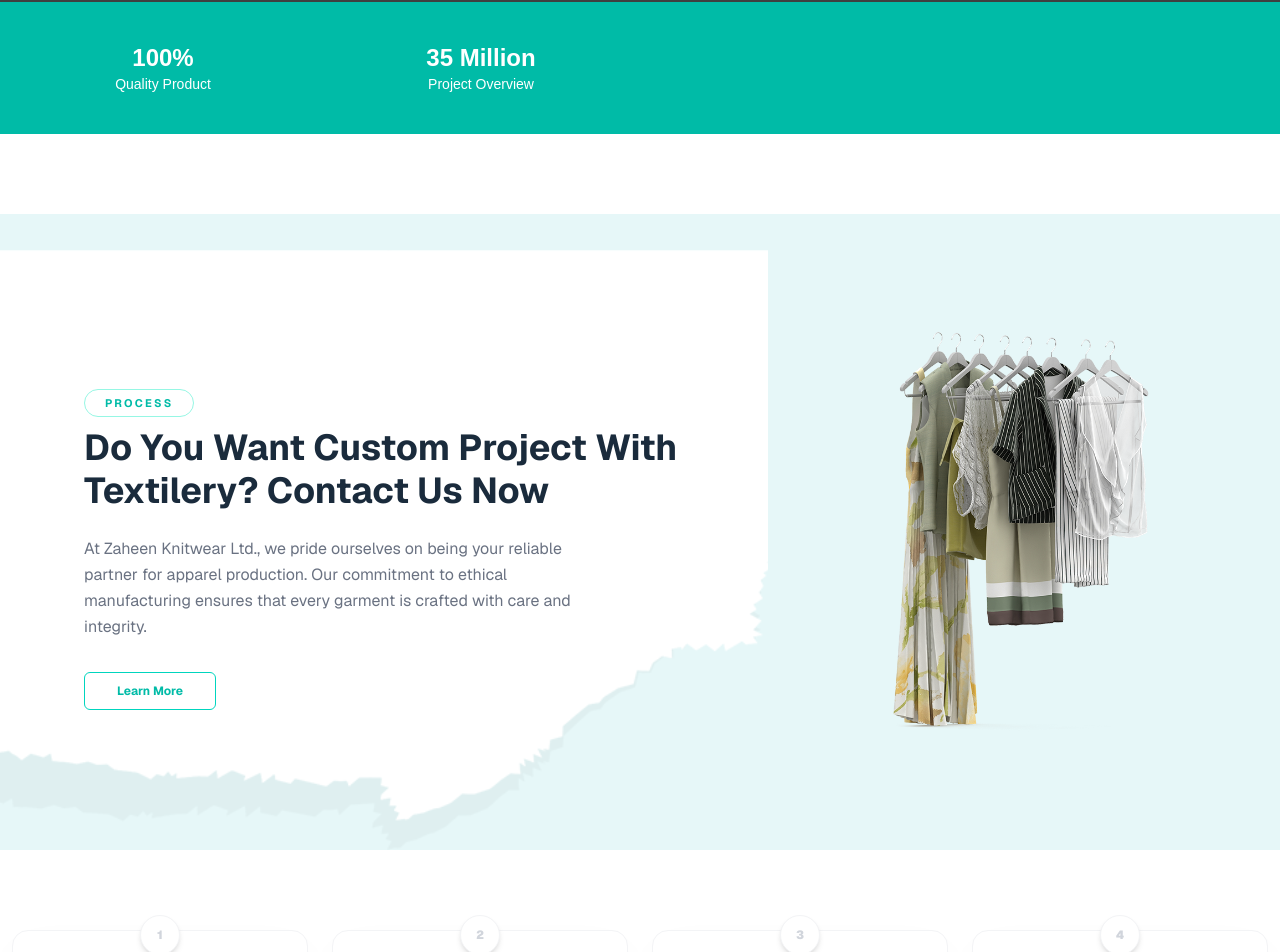
Repository: mdmuhibullahhabib/fullstack-assessment
Page: /
The author's editor kept a copy of each file at every save. The page is drawn from the files as they stood at one save, then again after the next save.
The browser window is 1280 px wide. The pictures show the part of the page from y = 576 to 1528 px (the page is 3181 px tall before and 3153 px after).
Pictures or frames that could not be fetched are drawn as grey boxes. The project was rebuilt for these pictures with package versions that can differ from the ones it lists, and the page was loaded fresh each time. The framework's server and built-in components were replaced by stand-ins that run in the browser. Also part of the build but not shown: next.config.mjs.

Above is the page before, as saved 2025-12-27 10:27:31.

### src/app/layout.js
import { Geist, Geist_Mono } from "next/font/google";
import "./globals.css";
import Navbar from "@/components/shared/Navbar";
import Footer from "@/components/shared/Footer";

const geistSans = Geist({
  variable: "--font-geist-sans",
  subsets: ["latin"],
});

const geistMono = Geist_Mono({
  variable: "--font-geist-mono",
  subsets: ["latin"],
});

export const metadata = {
  title: "Create Next App",
  description: "Generated by create next app",
};

export default function RootLayout({ children }) {
  return (
    <html lang="en">
      <body
        className={`${geistSans.variable} ${geistMono.variable} antialiased`}
      >
        <Navbar/>
        {children}
        <Footer/>
      </body>
    </html>
  );
}

### src/app/page.js
import Apparel from "@/components/home/Apparel";
import CustomProcess from "@/components/home/CustomProcess";
import Hero from "@/components/home/hero";
import Stats from "@/components/home/Stats";


export default function Home() {
  return (
    <>
      <Hero />
      <Stats />
      <CustomProcess />
      <Apparel />
    </>
  );
}

### src/components/shared/Navbar.jsx
"use client";

import Link from "next/link";
import { Menu, X, ShoppingCart, User } from "lucide-react";
import { useState } from "react";

export default function Navbar() {
  const [open, setOpen] = useState(false);

  return (
    <header className="w-full">
      {/* ===== Top Bar ===== */}
      <div className="bg-teal-500 text-white text-sm">
        <div className="max-w-7xl mx-auto flex justify-between items-center px-4 py-2">
          <p>📍 Kashimpur, Gazipur Sadar / Gazipur</p>
          <div className="flex items-center gap-4">
            <span>📞 +880 01713-027875</span>
            <div className="flex gap-2">
              <span>f</span>
              <span>x</span>
              <span>▶</span>
              <span>📷</span>
            </div>
          </div>
        </div>
      </div>

      {/* ===== Main Navbar ===== */}
      <div className="bg-white shadow">
        <div className="max-w-7xl mx-auto flex items-center justify-between px-4 py-4">

          {/* Logo */}
          <Link href="/" className="flex items-center gap-2">
            <div className="w-10 h-10 bg-green-500 rounded flex items-center justify-center text-white font-bold">
              Z
            </div>
            <span className="font-bold text-lg text-gray-800">
              Company
            </span>
          </Link>

          {/* Desktop Menu */}
          <nav className="hidden md:flex items-center gap-8 text-gray-700 font-medium">
            <Link href="/">Home</Link>
            <Link href="/about">About Us</Link>
            <Link href="/services">Our Services</Link>
            <Link href="/products">Our Products</Link>
            <Link href="/blogs">Blogs</Link>
          </nav>

          {/* Right Actions */}
          <div className="hidden md:flex items-center gap-4">
            <ShoppingCart className="cursor-pointer" />
            <div className="w-8 h-8 bg-red-500 rounded-full flex items-center justify-center text-white">
              M
            </div>
            <Link
              href="/contact"
              className="bg-orange-500 text-white px-4 py-2 rounded"
            >
              Contact Us
            </Link>
          </div>

          {/* Mobile Menu Button */}
          <button
            onClick={() => setOpen(!open)}
            className="md:hidden"
          >
            {open ? <X /> : <Menu />}
          </button>
        </div>

        {/* ===== Mobile Menu ===== */}
        {open && (
          <div className="md:hidden bg-white border-t">
            <nav className="flex flex-col gap-4 px-4 py-4 text-gray-700">
              <Link href="/">Home</Link>
              <Link href="/about">About Us</Link>
              <Link href="/services">Our Services</Link>
              <Link href="/products">Our Products</Link>
              <Link href="/blogs">Blogs</Link>

              <div className="flex items-center gap-4 pt-4">
                <ShoppingCart />
                <User />
                <Link
                  href="/contact"
                  className="bg-orange-500 text-white px-4 py-2 rounded"
                >
                  Contact Us
                </Link>
              </div>
            </nav>
          </div>
        )}
      </div>
    </header>
  );
}

### src/components/shared/Footer.jsx
import Image from "next/image";
import Link from "next/link";

export default function Footer() {
  return (
    <footer className="bg-[#f8f8f8] border-t">
      <div className="max-w-7xl mx-auto px-4 py-12">

        {/* ===== Top Section ===== */}
        <div className="grid grid-cols-1 md:grid-cols-4 gap-10">

          {/* Logo & Contact */}
          <div className="space-y-4">
            <div className="flex items-center gap-3">
              <Image src="/logo.png" alt="logo" width={48} height={48} />
              <Image src="/logo2.png" alt="logo2" width={48} height={48} />
            </div>

            <p className="text-sm text-gray-600 flex gap-2">
              📍 29 SE 2nd Ave, Miami, FL 33131, United States
            </p>
            <p className="text-sm text-gray-600">
              ✉ info@zaheen.com
            </p>
            <p className="text-sm font-semibold">
              📞 (+92) 3942 7879
            </p>
          </div>

          {/* Pages */}
          <div>
            <h4 className="font-semibold mb-4 uppercase text-sm">Pages</h4>
            <ul className="space-y-2 text-sm text-gray-600">
              <li><Link href="#">About Us</Link></li>
              <li><Link href="#">Our Services</Link></li>
              <li><Link href="#">Our Products</Link></li>
            </ul>
          </div>

          {/* Information */}
          <div>
            <h4 className="font-semibold mb-4 uppercase text-sm">Information</h4>
            <ul className="space-y-2 text-sm text-gray-600">
              <li><Link href="#">My Account</Link></li>
              <li><Link href="#">Corporate Enquiries</Link></li>
              <li><Link href="#">FAQs</Link></li>
            </ul>
          </div>
        </div>

        {/* ===== Payment Channels (SAME ROW STYLE) ===== */}
        <div className="mt-10">
          <h4 className="font-semibold text-sm mb-4">PAYMENT CHANNELS</h4>

          <div className="flex flex-wrap gap-3">
            {[
              "visa",
              "mastercard",
              "amex",
              "bKash",
              "nagad",
              "rocket",
              "upay",
              "tap",
              "citybank",
              "bracbank",
              "easternbank",
              "standardchartered",
            ].map((logo) => (
              <div
                key={logo}
                className="bg-white border rounded-md px-4 py-2 flex items-center justify-center"
              >
                <Image
                  src={`/payments/${logo}.png`}
                  alt={logo}
                  width={48}
                  height={28}
                  className="object-contain"
                />
              </div>
            ))}
          </div>
        </div>

        {/* ===== Bottom Bar ===== */}
        <div className="border-t mt-10 pt-6 flex flex-col md:flex-row justify-between items-center gap-4 text-sm text-gray-600">

          <p>
            Copyright ©{" "}
            <span className="text-orange-500 font-medium">
              360D Soul Limited
            </span>{" "}
            2025. All rights reserved.
          </p>

          <div className="flex gap-4 text-lg">
            <span>f</span>
            <span>x</span>
            <span>📷</span>
          </div>

          <div className="flex gap-4">
            <Link href="#">Terms & Condition</Link>
            <Link href="#">Privacy & Policy</Link>
            <Link href="#">Refund Policy</Link>
          </div>
        </div>

      </div>
    </footer>
  );
}

### src/components/home/Apparel.jsx
export default function Apparel() {
  const products = [
    {
      name: "Denim Jacket",
      price: "$10.00",
      img: "https://images.unsplash.com/photo-1520975916090-3105956dac38",
    },
    {
      name: "Hoodie",
      price: "$12.00",
      img: "https://images.unsplash.com/photo-1520974735194-6c9c0c13ed3d",
    },
    {
      name: "T-Shirt",
      price: "$8.00",
      img: "https://images.unsplash.com/photo-1583743814966-8936f5b7be1a",
    },
  ];

  return (
    <section className="bg-gray-50 py-16">
      <div className="max-w-7xl mx-auto px-4">
        <h2 className="text-2xl font-bold mb-8">Our Apparels</h2>

        <div className="grid sm:grid-cols-2 md:grid-cols-3 gap-6">
          {products.map((p, i) => (
            <div key={i} className="bg-white border rounded overflow-hidden">
              <img src={p.img} className="h-56 w-full object-cover" />
              <div className="p-4">
                <h3 className="font-semibold">{p.name}</h3>
                <p className="text-sm text-gray-600">{p.price}</p>
                <button className="mt-3 w-full bg-teal-500 text-white py-2 rounded">
                  Add to Cart
                </button>
              </div>
            </div>
          ))}
        </div>
      </div>
    </section>
  );
}

### src/components/home/CustomProcess.jsx
"use client"
import Image from "next/image";
import { Scissors, Pipette, Zap, Activity, Repeat, ClipboardCheck, Box } from "lucide-react";
import bgImage from "../../../public/home/ProcessImage-1.png";
import rightImage from "../../../public/home/ProcessImage-2.png";

export default function CustomProcess() {
    const steps = [
        { number: 1, title: "Dyeing", desc: "Adding color to biodegradable materials.", icon: <Pipette className="w-8 h-8 text-[#FF6B5B]" /> },
        { number: 2, title: "Cutting", desc: "Eco-friendly clothing items for all shapes and sizes.", icon: <Scissors className="w-8 h-8 text-[#FF6B5B]" /> },
        { number: 3, title: "Sewing", desc: "Vouching for the ultimate sturdiness and durability of the fabric.", icon: <Activity className="w-8 h-8 text-[#FF6B5B]" /> },
        { number: 4, title: "Snipping of thread", desc: "A neat edge, a soft and smooth finish.", icon: <Zap className="w-8 h-8 text-[#FF6B5B]" /> },
        { number: 5, title: "Ironing", desc: "Ironing it before shipping.", icon: <Repeat className="w-8 h-8 text-[#FF6B5B]" /> },
        { number: 6, title: "Checking", desc: "Going through each clothing piece to ensure supreme quality standards are met.", icon: <ClipboardCheck className="w-8 h-8 text-[#FF6B5B]" /> },
        { number: 7, title: "Package", desc: "Folding and packing with the utmost care.", icon: <Box className="w-8 h-8 text-[#FF6B5B]" /> },
    ];

    return (
        <section className="bg-white py-20  font-sans">
            <div className=" mx-auto">

                {/* ===== TOP SECTION ===== */}
                <div className="relative bg-[#E6F7F8] overflow-hidden flex flex-col md:flex-row items-stretch mb-20 min-h-[450px]">

                    {/* Left Content Box (White with bgImage and Torn Edge) */}
                    <div
                        className="relative w-full md:w-[60%] md:py-[140px] p-10 mt-9 md:pl-5 md:p-1 flex flex-col justify-center items-start "
                        style={{
                            backgroundImage: `url(${bgImage.src})`,
                            backgroundSize: "cover",
                            backgroundPosition: "center",
                        }}
                    >
                        <div
                        className="ml-16"
                        >
                            <div className="mb-3">
                                <span className="px-5 py-1.5 rounded-full border border-teal-200 text-teal-500 text-[11px] font-bold uppercase tracking-[0.2em]">
                                    Process
                                </span>
                            </div>

                            <h3 className="text-3xl md:text-4xl font-bold text-[#1a2b3c] leading-[1.2] mb-6">
                                Do You Want Custom Project With Textilery? Contact Us Now
                            </h3>

                            <p className="text-gray-500 text-sm md:text-base leading-relaxed max-w-lg mb-8">
                                At Zaheen Knitwear Ltd., we pride ourselves on being your reliable partner for
                                apparel production. Our commitment to ethical manufacturing ensures that
                                every garment is crafted with care and integrity.
                            </p>

                            <button className="border-[1.5px] border-teal-400 text-teal-500 px-8 py-2.5 rounded-md font-bold text-xs hover:bg-teal-500 hover:text-white transition-all">
                                Learn More
                            </button>
                        </div>
                    </div>

                    {/* Right Content (Image of hanging clothes) */}
                    <div className="w-full md:w-[40%] relative flex items-center justify-center py-10">
                        <div className="relative w-[85%] h-[400px]">
                            <Image
                                src={rightImage}
                                alt="Clothing Preview"
                                fill
                                className="object-contain"
                                priority
                            />
                        </div>
                    </div>
                </div>

                {/* ===== PROCESS STEPS GRID ===== */}
                <div className="flex flex-wrap justify-center gap-6">
                    {steps.map((step, index) => (
                        <div
                            key={step.number}
                            className={`
                relative bg-white p-8 pt-12 rounded-2xl shadow-[0_15px_40px_-15px_rgba(0,0,0,0.1)]
                border border-gray-100 flex flex-col items-start transition-all hover:-translate-y-2
                w-full sm:w-[calc(50%-1.5rem)] lg:w-[calc(25%-1.5rem)]
                ${index >= 4 ? 'lg:translate-y-2' : ''}
              `}
                        >
                            {/* Step Number Circle */}
                            <div className="absolute -top-4 left-1/2 -translate-x-1/2 w-10 h-10 bg-white border border-gray-100 shadow-md rounded-full flex items-center justify-center text-xs font-black text-gray-300">
                                {step.number}
                            </div>

                            <div className="mb-6 bg-orange-50 p-3 rounded-xl">
                                {step.icon}
                            </div>

                            <h3 className="text-xl font-bold text-slate-800 mb-3">
                                {step.title}
                            </h3>
                            <p className="text-[14px] text-gray-500 leading-relaxed">
                                {step.desc}
                            </p>
                        </div>
                    ))}
                </div>

            </div>
        </section>
    );
}

### src/components/home/hero.jsx
export default function Hero() {
  return (
    <section className="relative bg-black text-white">
      <img
        src="https://images.unsplash.com/photo-1520975916090-3105956dac38"
        className="absolute inset-0 w-full h-full object-cover opacity-40"
      />

      <div className="relative max-w-7xl mx-auto px-4 py-28 grid md:grid-cols-2 gap-10">
        <div>
          <p className="text-sm uppercase mb-3 text-teal-400">
            Textile & Garments
          </p>
          <h1 className="text-4xl md:text-5xl font-bold mb-5">
            High-Quality Garments. <br /> Ethically Made.
          </h1>
          <p className="text-gray-300 mb-6">
            We manufacture premium garments using ethical and sustainable
            practices.
          </p>

          <div className="flex gap-4">
            <button className="bg-orange-500 px-6 py-3 rounded">
              Explore
            </button>
            <button className="border px-6 py-3 rounded">
              Contact Us
            </button>
          </div>
        </div>
      </div>
    </section>
  );
}

### src/components/home/Stats.jsx
export default function Stats() {
  const stats = [
    { title: "Quality Product", value: "100%" },
    { title: "Project Overview", value: "35 Million" },
  ];

  return (
    <section className="bg-teal-500 text-white">
      <div className="max-w-7xl mx-auto px-4 py-10 grid grid-cols-2 md:grid-cols-4 gap-6 text-center">
        {stats.map((s, i) => (
          <div key={i}>
            <h3 className="text-2xl font-bold">{s.value}</h3>
            <p className="text-sm">{s.title}</p>
          </div>
        ))}
      </div>
    </section>
  );
}

Loaded but not shown: src/app/globals.css (common file)

After the next save:
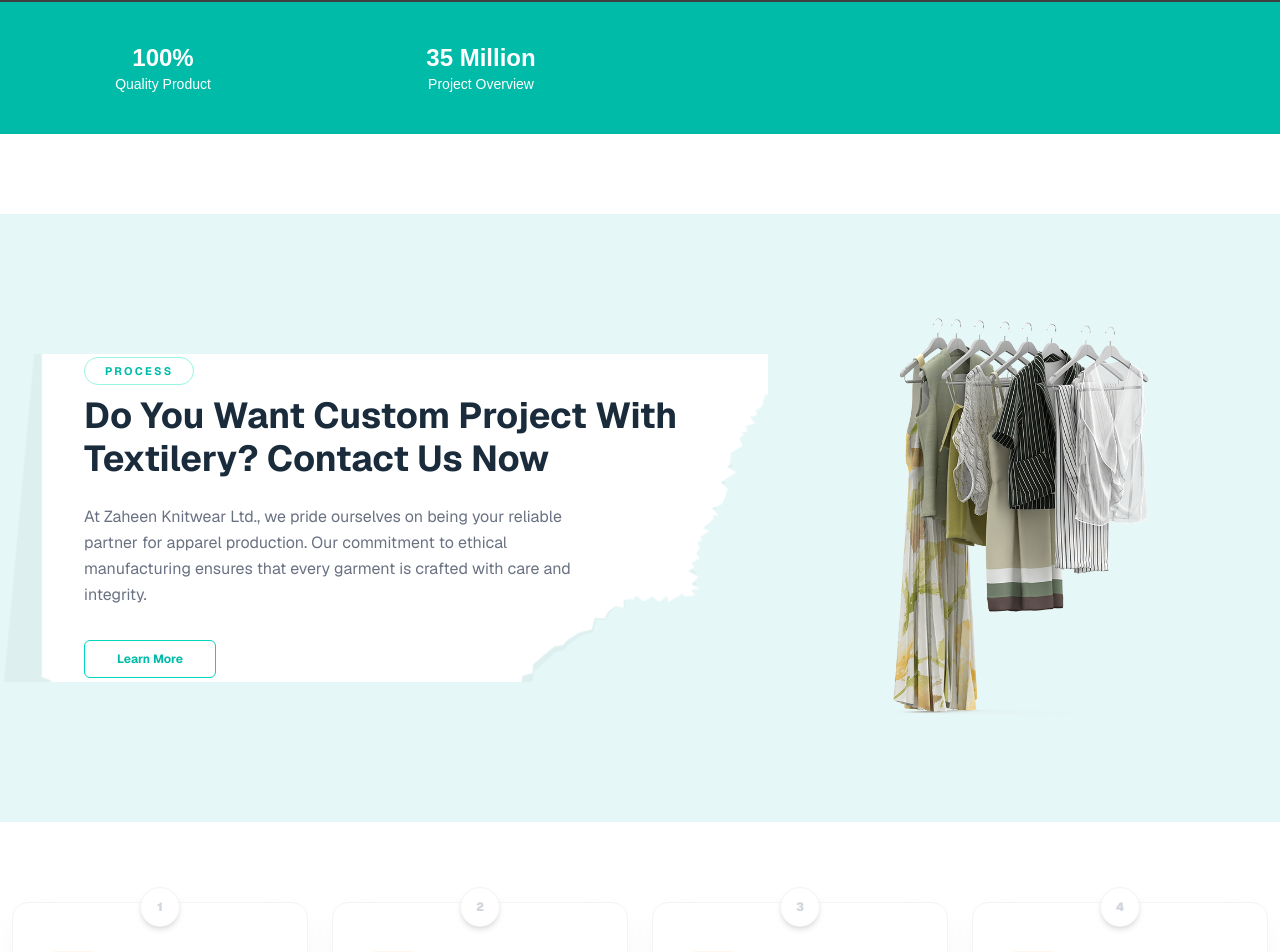
Saved 13 s later.
--- a/src/components/home/CustomProcess.jsx
+++ b/src/components/home/CustomProcess.jsx
@@ -24,7 +24,7 @@
 
                     {/* Left Content Box (White with bgImage and Torn Edge) */}
                     <div
-                        className="relative w-full md:w-[60%] md:py-[140px] p-10 mt-9 md:pl-5 md:p-1 flex flex-col justify-center items-start "
+                        className="relative w-full md:w-[60%] md:my-[140px] p-10 mt-9 md:pl-5 md:p-1 flex flex-col justify-center items-start "
                         style={{
                             backgroundImage: `url(${bgImage.src})`,
                             backgroundSize: "cover",
